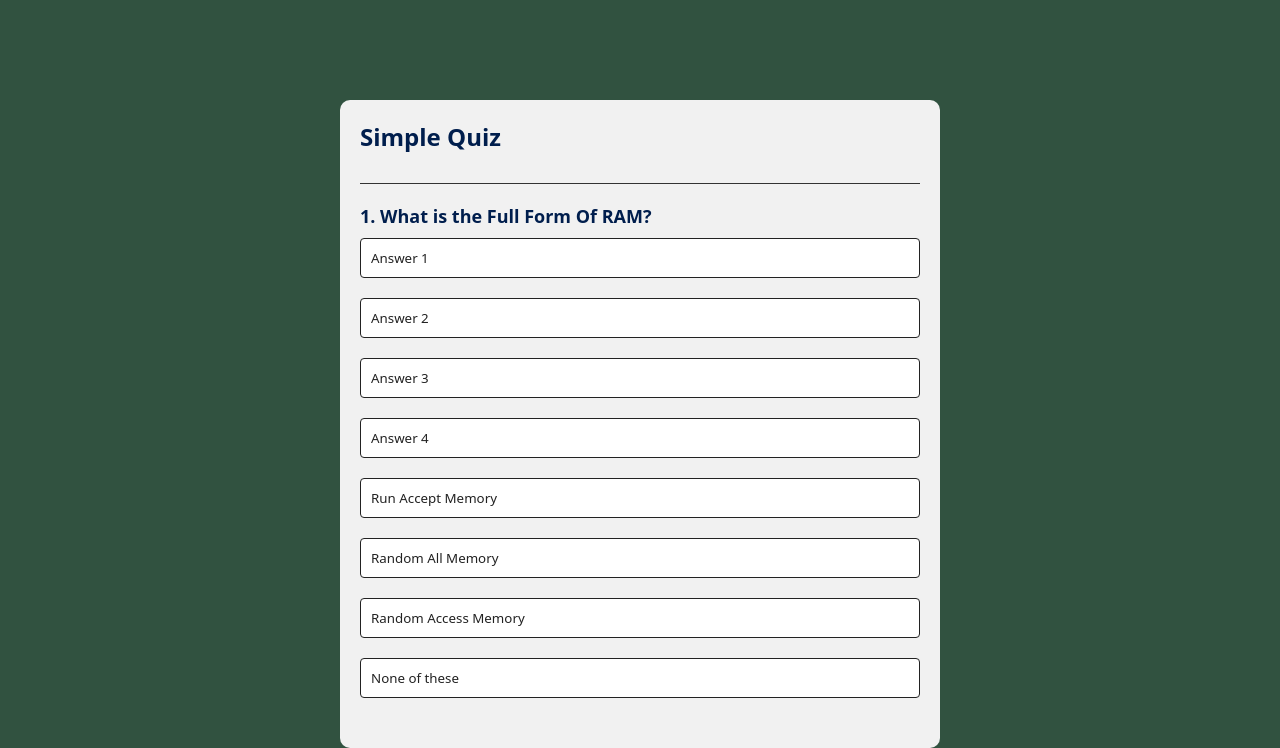
Repository: VickyJacob23/Quiz-App
Page: index.html
These files come from the project's save history. The page is drawn as it stood at one moment and after the next save; the edit follows.
The browser window is 1280 px wide. The pictures show the whole page.

Above is the page before, as saved 2024-08-05 16:59:35.

After the next save:
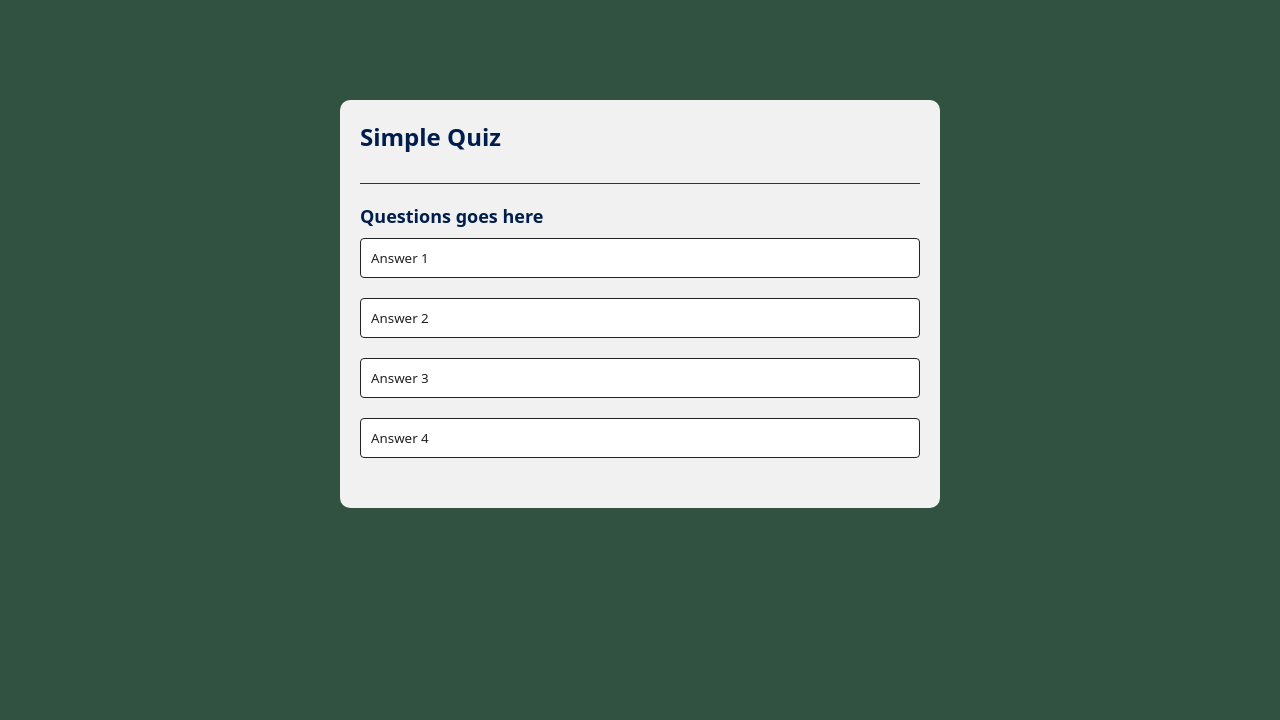
Console error: TypeError: Cannot set properties of undefined (setting 'display')
Saved 3 min 30 s later.
--- a/script.js
+++ b/script.js
@@ -85,7 +85,7 @@
 
 //function that will be called to displays the questions
 function showQuestion() {
-    // resetState();
+    resetState();
     let currentQuestion = questions[currentQuestionIndex];
     let questionNo = currentQuestionIndex + 1;
     questionEl.innerHTML = questionNo + ". " + currentQuestion.question;
@@ -99,13 +99,13 @@
     });
 }
 
-startQuiz();
+// startQuiz();
 
 //function to hid the previous state
-// function resetState() {
-//     nextButtonEl.styles.display = "none";
-//     while (answerButtonsEl.firstChild) {
-//         answerButtonsEl.removeChild(answerButtonsEl.firstChild);
-//     };
-// }
-// startQuiz();
+function resetState() {
+    nextButtonEl.styles.display = "none";
+    while (answerButtonsEl.firstChild) {
+        answerButtonsEl.removeChild(answerButtonsEl.firstChild);
+    };
+}
+startQuiz();

After the save that followed:
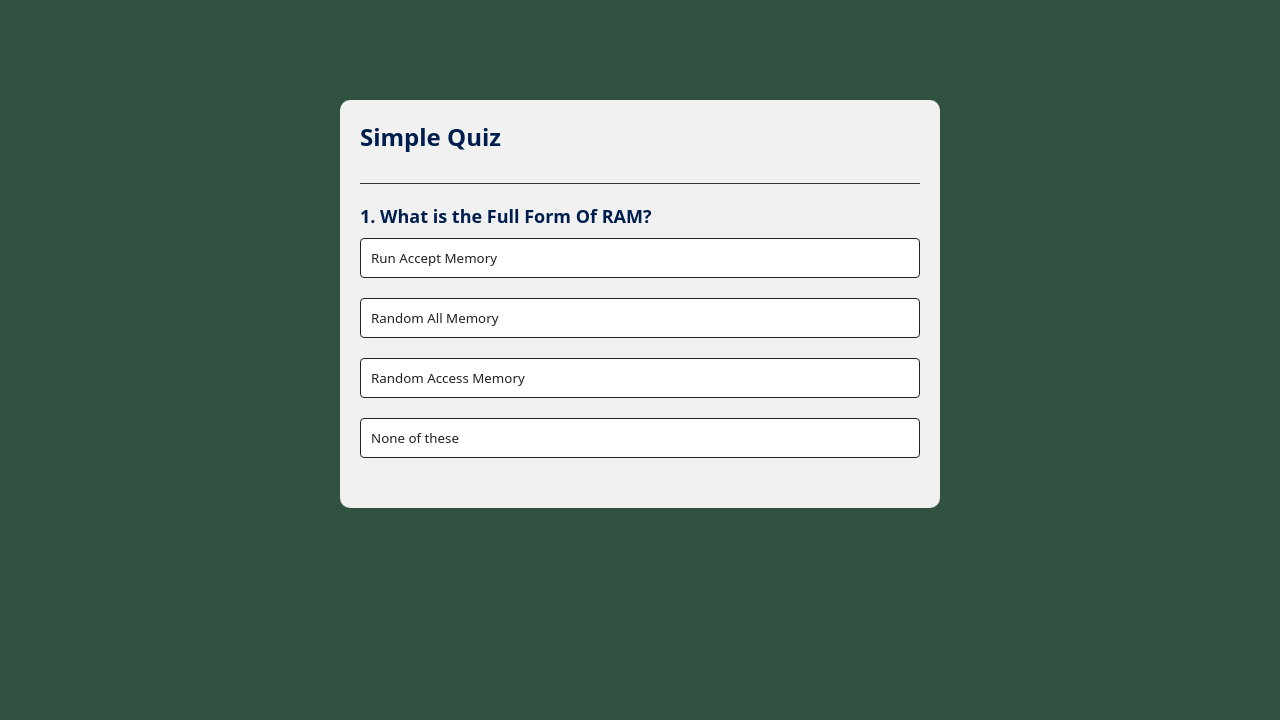
The error is gone.
Saved 2 min 28 s later.
--- a/script.js
+++ b/script.js
@@ -103,7 +103,7 @@
 
 //function to hid the previous state
 function resetState() {
-    nextButtonEl.styles.display = "none";
+    nextButtonEl.style.display = "none";
     while (answerButtonsEl.firstChild) {
         answerButtonsEl.removeChild(answerButtonsEl.firstChild);
     };
